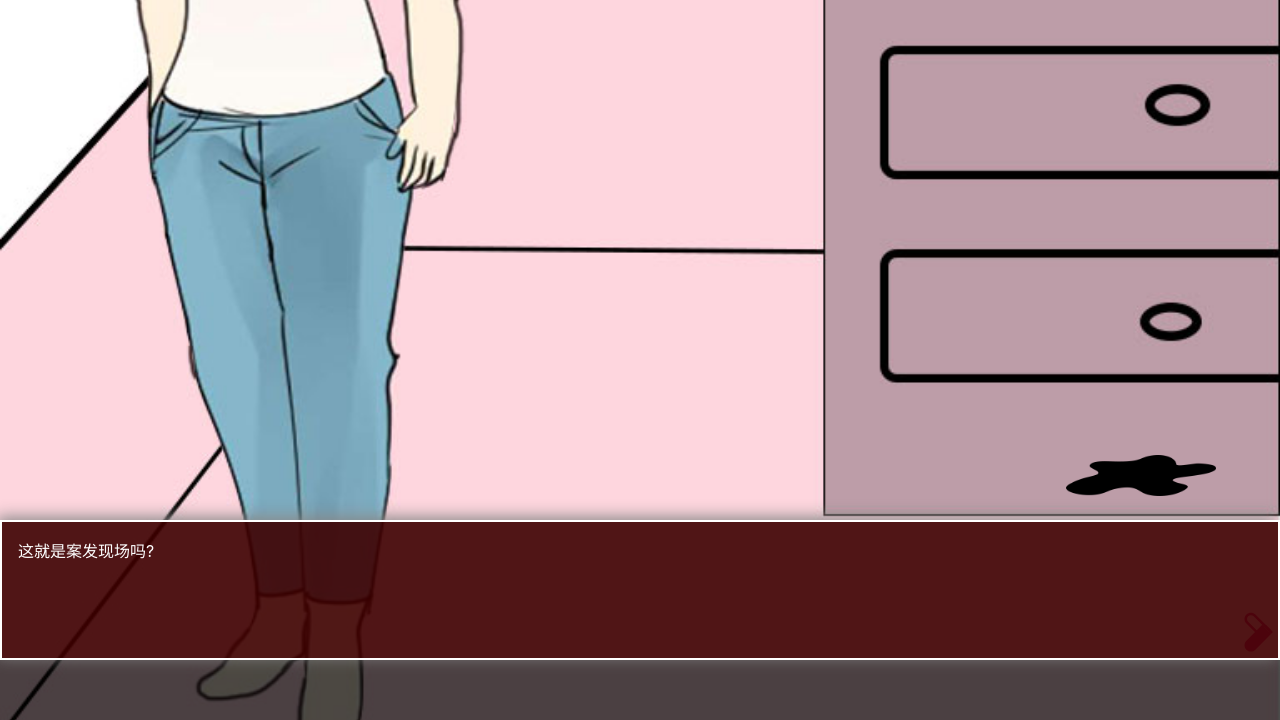
Repository: Jofali/reasoning-genius
Page: /
These files come from the project's save history. The page is drawn as it stood at one moment and after the next save; the edit follows.
The browser window is 1280 px wide. The pictures show the whole page.
The project was rebuilt for these pictures with package versions that can differ from the ones it lists, and the page was loaded fresh each time. Also part of the build but not shown: src/part2/part2.css, src/part2/part2.js.

Above is the page before, as saved 2019-05-22 16:40:03.

After the next save:
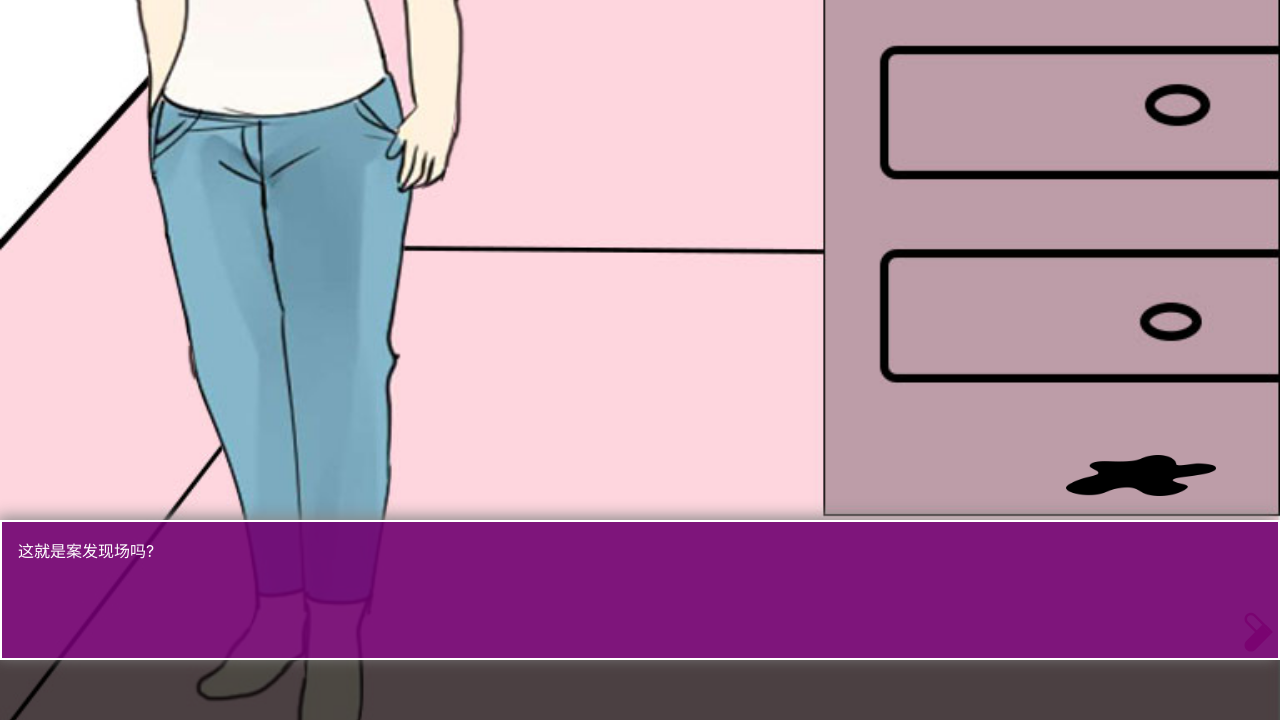
Saved 27 s later.
--- a/src/title/title.css
+++ b/src/title/title.css
@@ -13,7 +13,7 @@
   bottom: 60px;
   border: 2px solid #fff;
   box-shadow: -3px -3px 15px #888888;
-  background: rgba(61, 0, 0, 0.9);
+  background: rgba(112, 1, 112, 0.9);
   color: #fff;
   box-sizing: border-box;
   padding: 1rem;
